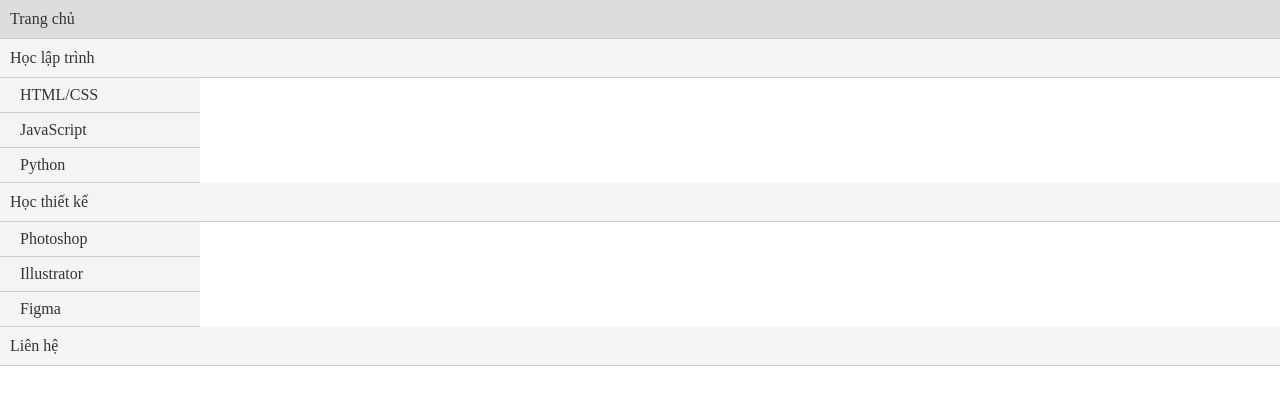
Repository: G1tHub-zer0/BTTH
Page: BTCSS/bai16+20.html
The author's editor kept a copy of each file at every save. The page is drawn from the files as they stood at one save, then again after the next save.
The browser window is 1280 px wide. The pictures show the whole page.
The pointer rests on the first visible `.menu ul li`.

Above is the page before, as saved 2024-03-22 19:22:34.

### BTCSS/bai16+20.html
<!DOCTYPE html>
<html lang='en'>

<head>
    <meta charset='UTF-8'>
    <meta http-equiv='X-UA-Compatible' content='IE=edge'>
    <meta name='viewport' content='width=device-width, initial-scale=1.0'>
    <link rel='stylesheet' href='bai16+20.css'>
    <title></title>
</head>

<body>
    <nav class="menu">
        <ul>
            <li><a href="#">Trang chủ</a></li>
            <li>
                <a href="#">Học lập trình</a>
                <ul class="submenu">
                    <li><a href="#">HTML/CSS</a></li>
                    <li><a href="#">JavaScript</a></li>
                    <li><a href="#">Python</a></li>
                </ul>
            </li>
            <li>
                <a href="#">Học thiết kế</a>
                <ul class="submenu">
                    <li><a href="#">Photoshop</a></li>
                    <li><a href="#">Illustrator</a></li>
                    <li><a href="#">Figma</a></li>
                </ul>
            </li>
            <li><a href="#">Liên hệ</a></li>
        </ul>
    </nav>
</body>

</html>

### BTCSS/bai16+20.css
body {
  margin: 0;
  padding: 0;
  box-sizing: border-box;
}
.menu ul {
  list-style-type: none;
  padding: 0;
  margin: 0;
}

.menu ul li {
  position: relative;
}

.menu ul li a {
  display: block;
  padding: 10px;
  text-decoration: none;
  color: #333;
  background-color: #f4f4f4;
  border-bottom: 1px solid #ccc;
}

.menu ul li:hover > a {
  background-color: #ddd;
}

.submenu ul ul {
  position: absolute;
  top: 0;
  left: 100%;
  display: none;
  background-color: #fff;
}

.menu ul ul li {
  width: 200px;
}

.menu ul ul li a {
  padding: 8px 20px;
}

.menu ul li:hover > ul {
  display: block;
}

After the next save:
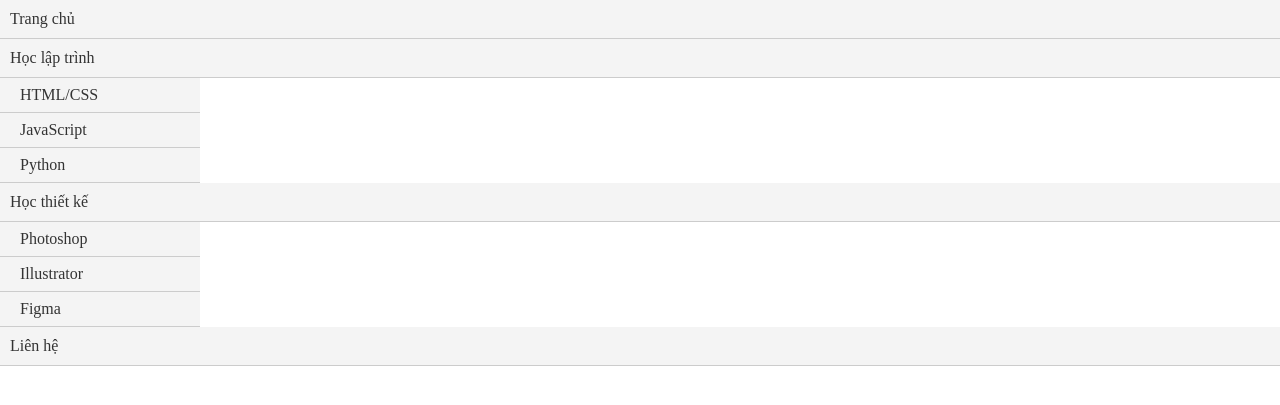
Saved 22 s later.
--- a/BTCSS/bai16+20.css
+++ b/BTCSS/bai16+20.css
@@ -22,7 +22,7 @@ body {
   border-bottom: 1px solid #ccc;
 }
 
-.menu ul li:hover > a {
+.menu ul li:hover > .submenu {
   background-color: #ddd;
 }
 
@@ -42,6 +42,6 @@ body {
   padding: 8px 20px;
 }
 
-.menu ul li:hover > ul {
+.menu ul li:hover > .submenu {
   display: block;
 }
